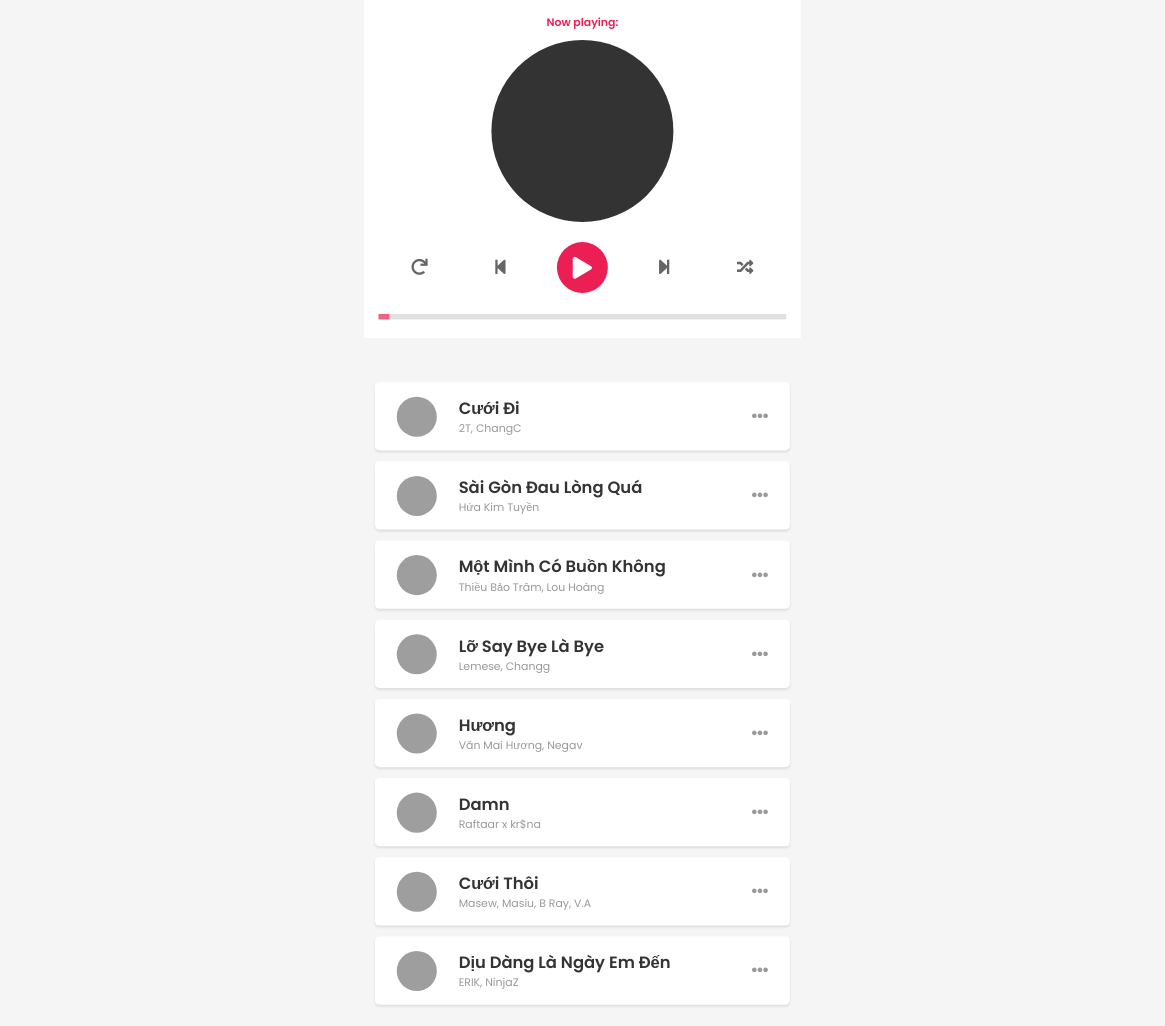
Repository: esplen74/Music
Page: music.html
The author's editor kept a copy of each file at every save. The page is drawn from the files as they stood at one save, then again after the next save.
The browser window is 1280 px wide. The pictures show the whole page, at 91% of full size.
Pictures or frames that could not be fetched are drawn as grey boxes.

Above is the page before, as saved 2021-11-02 10:26:14.

After the next save:
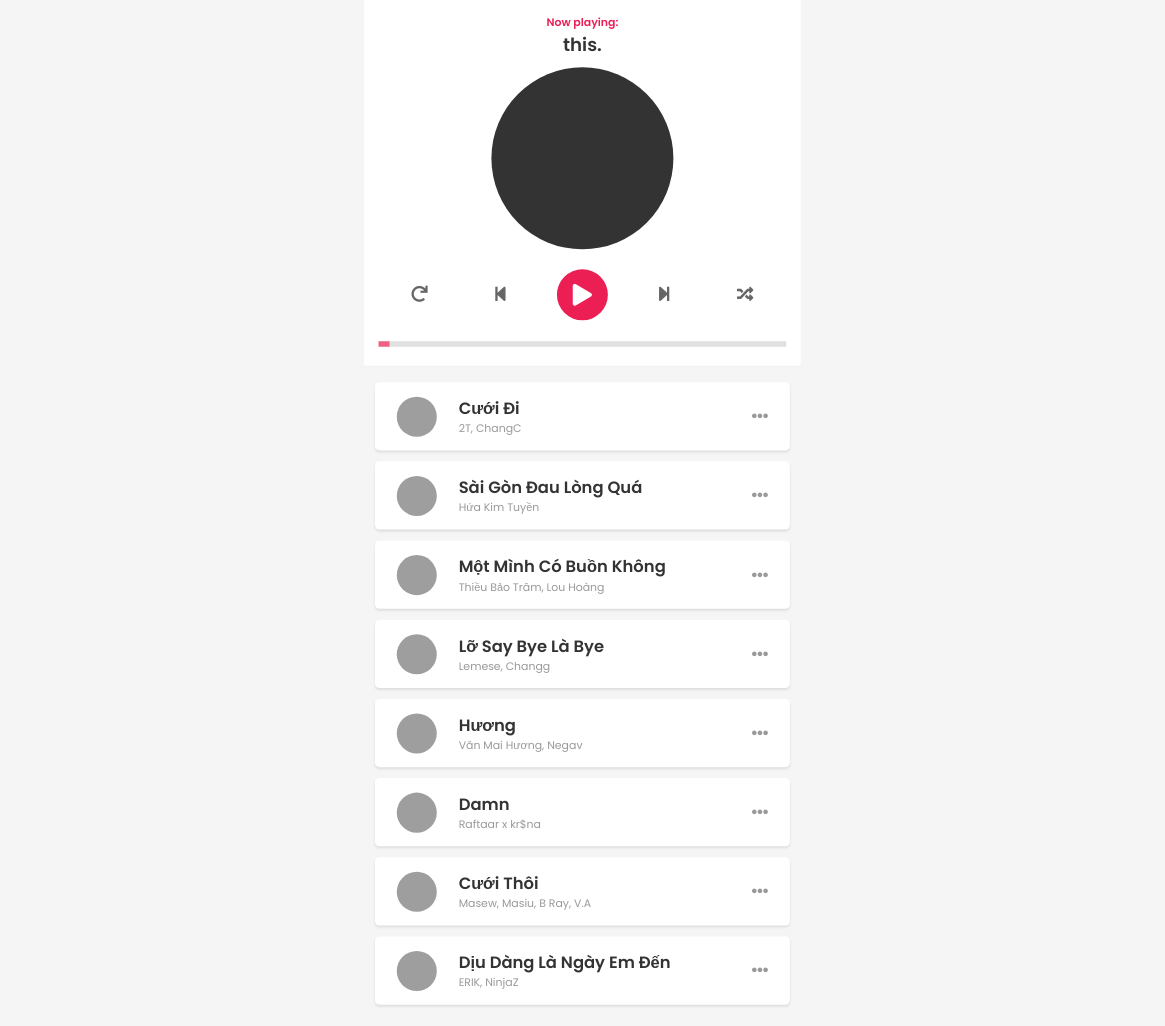
Saved 5 s later.
--- a/music.js
+++ b/music.js
@@ -117,7 +117,7 @@ const app = {
     const cdThumb = $(".cd-thumb");
     const audio = $("#audio");
 
-    heading.textContent = ""
+    heading.textContent = "this."
 
   },
   start: function () {
